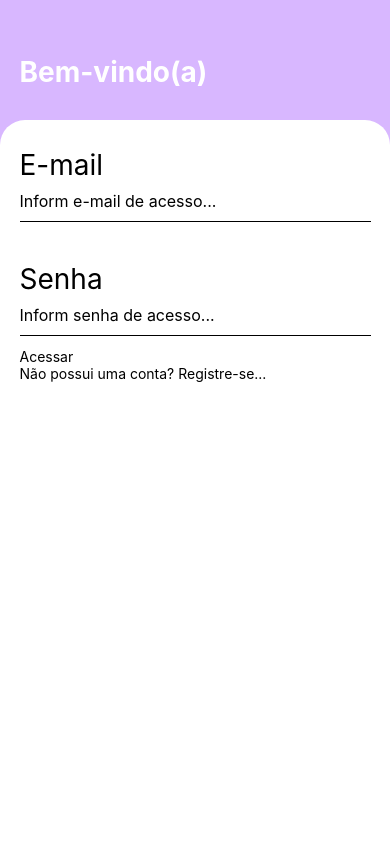
Repository: anacleto-caua/flavio_finance_clean
Page: /
An editor plug-in stored every save of this project. The page is shown before and after the next save, followed by the edit.
The browser window is 390 px wide. The pictures show the whole page.
The app was drawn by React Native's web renderer in a window 390 px wide. The project was rebuilt for these pictures with package versions that can differ from the ones it lists, and the page was loaded fresh each time. Also part of the build but not shown: src/pages/Welcome/index.js.

Above is the page before, as saved 2024-03-12 19:57:09.

### App.js
import React from "react"
import { StatusBar } from 'react-native';

import { NavigationContainer } from "@react-navigation/native";
import Routes from "./src/routes";

export default function App() {
  return (
    <NavigationContainer>
      <StatusBar
        backgroundColor="#871cfe"
        barStyle="light-content"
      />
      <Routes />
    </NavigationContainer>
  );
}

### src/routes/index.js
import { createNativeStackNavigator } from '@react-navigation/native-stack'

import Welcome from '../pages/Welcome'
import SignIn from '../pages/SignIn';

const Stack = createNativeStackNavigator();

export default function Routes() {
  return (
    <Stack.Navigator>
      {/* <Stack.Screen
        name="Welcome"
        component={Welcome}
        options={{ headerShown: false }}
      /> */}

      <Stack.Screen
        name="SignIn"
        component={SignIn}
        options={{ headerShown: false }}
      />
    </Stack.Navigator>
  )
}

### src/pages/SignIn/index.js
import React from 'react';
import {
  View,
  Text,
  StyleSheet,
  TextInput,
  TouchableOpacity
} from 'react-native';

import { useNavigation } from '@react-navigation/native'

export default function SignIn() {
  const navigation = useNavigation();

  return (
    <View style={styles.container}>
      <View style={styles.containerHeader}>
        <Text style={styles.message}>Bem-vindo(a)</Text>
      </View>

      <View style={styles.containerForm}>
        <Text style={styles.title}>E-mail</Text>
        <TextInput
          placeholder="Inform e-mail de acesso..."
          style={styles.input}
        />

        <Text style={styles.title}>Senha</Text>
        <TextInput
          placeholder="Inform senha de acesso..."
          secureTextEntry={true}
          style={styles.input}
        />

        <TouchableOpacity
          style={styles.button}
          onPress={ () => navigation.navigate('Home') }
        >
          <Text style={styles.buttonText}>Acessar</Text>
        </TouchableOpacity>

        <TouchableOpacity style={styles.buttonRegister}>
          <Text style={styles.registerText}>
            Não possui uma conta? Registre-se...
          </Text>
        </TouchableOpacity>
      </View>
    </View>
  );
}

const styles = StyleSheet.create({
  container: {
    flex: 1,
    backgroundColor: "#d8b7ff",
  },

  containerHeader: {
    marginTop: '14%',
    marginBottom: '8%',
    paddingStart: '5%',
  },

  message: {
    fontSize: 28,
    fontWeight: 'bold',
    color: "#fff",
  },

  containerForm: {
    backgroundColor: "#fff",
    flex: 1,
    borderTopLeftRadius: 25,
    borderTopRightRadius: 25,
    paddingStart: '5%',
    paddingEnd: '5%',
  },

  title: {
    fontSize: 28,
    marginTop: 28,
  },

  input: {
    borderBottomWidth: 1,
    height: 40,
    marginBottom: 12,
    fontSize: 16,
  },

  button: {
    backgroundColor: "#"
  }

})

After the next save:
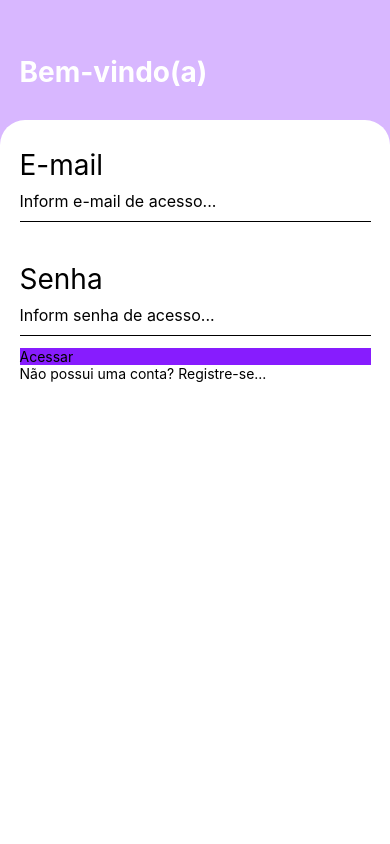
Saved 32 s later.
--- a/src/pages/SignIn/index.js
+++ b/src/pages/SignIn/index.js
@@ -89,7 +89,7 @@ const styles = StyleSheet.create({
   },
 
   button: {
-    backgroundColor: "#"
+    backgroundColor: "#871cfe",
   }
 
 })
